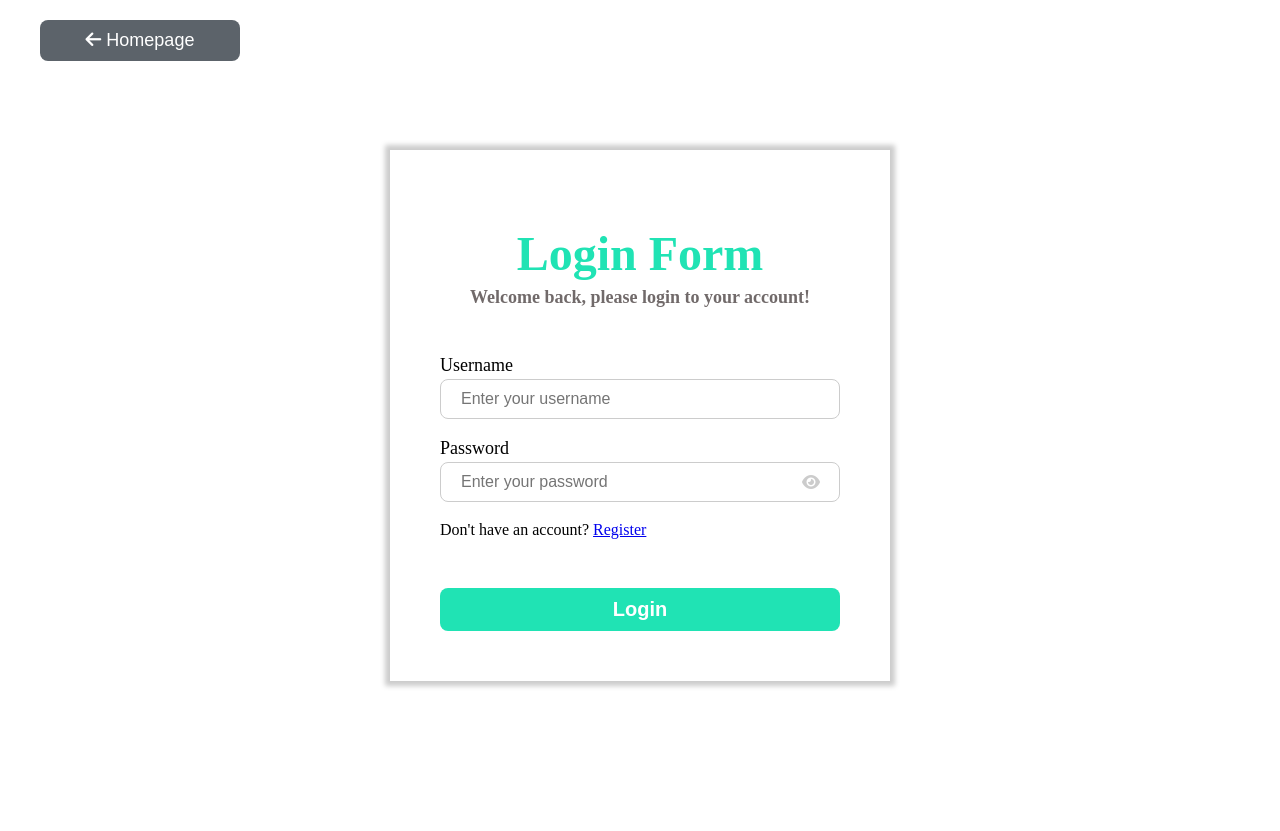
Repository: Trung0810/btl_cnpm_fe
Page: /
An editor plug-in stored every save of this project. The page is shown before and after the next save, followed by the edit.
The browser window is 1280 px wide. The pictures show the whole page.
The first visible `input` has the focus.
The project was rebuilt for these pictures with package versions that can differ from the ones it lists, and the page was loaded fresh each time. Also part of the build but not shown: src/components/header/header.css, src/components/header/Header.js, src/components/footer/Footer.css, src/components/footer/Footer.js, src/components/shoes_list/ShoesCard.css, src/components/shoes_list/ShoesCard.js, src/components/shoes_list/ShoesList.css, src/components/shoes_list/ShoesList.js and 14 more.

Above is the page before, as saved 2026-03-31 10:24:33.

### public/index.html
<!doctype html>
<html lang="en">
  <head>
    <meta charset="utf-8" />
    <link rel="icon" href="%PUBLIC_URL%/favicon.ico" />
    <meta name="viewport" content="width=device-width, initial-scale=1" />
    <meta name="theme-color" content="#000000" />
    <meta
      name="description"
      content="Web site created using create-react-app"
    />
    <link rel="apple-touch-icon" href="%PUBLIC_URL%/logo192.png" />
    <!--
      manifest.json provides metadata used when your web app is installed on a
      user's mobile device or desktop. See https://developers.google.com/web/fundamentals/web-app-manifest/
    -->
    <link rel="manifest" href="%PUBLIC_URL%/manifest.json" />
    <!--
      Notice the use of %PUBLIC_URL% in the tags above.
      It will be replaced with the URL of the `public` folder during the build.
      Only files inside the `public` folder can be referenced from the HTML.

      Unlike "/favicon.ico" or "favicon.ico", "%PUBLIC_URL%/favicon.ico" will
      work correctly both with client-side routing and a non-root public URL.
      Learn how to configure a non-root public URL by running `npm run build`.
    -->
    <link rel="preconnect" href="https://fonts.googleapis.com" />
    <link rel="preconnect" href="https://fonts.gstatic.com" crossorigin />
    <link
      href="https://fonts.googleapis.com/css2?family=DM+Sans:ital,opsz,wght@0,9..40,100..1000;1,9..40,100..1000&family=Oswald:wght@200..700&display=swap"
      rel="stylesheet"
    />
    <title>React App</title>
  </head>
  <body>
    <noscript>You need to enable JavaScript to run this app.</noscript>
    <div id="root"></div>
    <!--
      This HTML file is a template.
      If you open it directly in the browser, you will see an empty page.

      You can add webfonts, meta tags, or analytics to this file.
      The build step will place the bundled scripts into the <body> tag.

      To begin the development, run `npm start` or `yarn start`.
      To create a production bundle, use `npm run build` or `yarn build`.
    -->
  </body>
</html>

### src/index.js
import React from "react";
import ReactDOM from "react-dom/client";
import App from "./App";
import reportWebVitals from "./reportWebVitals";
import "./index.css";
import "./reset.css";
import "@fortawesome/fontawesome-free/css/all.min.css";

const root = ReactDOM.createRoot(document.getElementById("root"));
root.render(
  <React.StrictMode>
    <App />
  </React.StrictMode>,
);

// If you want to start measuring performance in your app, pass a function
// to log results (for example: reportWebVitals(console.log))
// or send to an analytics endpoint. Learn more: https://bit.ly/CRA-vitals
reportWebVitals();

### src/App.js
import { Fragment } from "react";
import Header from "./components/header/Header";
import Footer from "./components/footer/Footer";
import HomePage from "./components/home_page/HomePage";
import ShoesPage from "./components/shoes_page/ShoesPage";
import LoginForm from "./components/login_form/LoginForm";
import "./App.css";
import LoginPage from "./components/login_page/LoginPage";

function App() {
  return (
    <Fragment>
      {/* <Header></Header>
      <HomePage></HomePage>
      <ShoesPage></ShoesPage>
      <Footer></Footer> */}
      <LoginPage></LoginPage>
    </Fragment>
  );
}

export default App;

### src/index.css
body {
  margin: 0;
  font-family:
    -apple-system, BlinkMacSystemFont, "Segoe UI", "Roboto", "Oxygen", "Ubuntu",
    "Cantarell", "Fira Sans", "Droid Sans", "Helvetica Neue", sans-serif;
  -webkit-font-smoothing: antialiased;
  -moz-osx-font-smoothing: grayscale;
  font-family: "DM Sans", sans-serif;
}
body::-webkit-scrollbar {
  display: none;
}
code {
  font-family:
    source-code-pro, Menlo, Monaco, Consolas, "Courier New", monospace;
}
* {
  box-sizing: border-box;
}

### src/components/login_form/LoginForm.js
import React from "react";
import { useForm } from "react-hook-form";
import { yupResolver } from "@hookform/resolvers/yup";
import * as yup from "yup";
import "./LoginForm.css";

const LoginForm = () => {
  const schema = yup.object({
    username: yup
      .string()
      .required("Please enter your username!")
      .min(8, "Must be at least 8 characters!")
      .max(16, "Must be at most 16 characters!"),
    password: yup.string().required("Please enter your password!"),
  });

  const {
    register,
    handleSubmit,
    formState: { errors, isValid },
  } = useForm({
    mode: "onChange",
    resolver: yupResolver(schema),
  });

  const submit = (values) => {
    console.log(values);
  };

  return (
    <form className="login-form" onSubmit={handleSubmit(submit)}>
      <h2 className="login-form-title">Login Form</h2>
      <h3 className="login-form-desc">
        Welcome back, please login to your account!
      </h3>
      <div className="login-form-wrapper">
        <label htmlFor="username">Username</label>
        <input
          type="text"
          id="username"
          placeholder="Enter your username"
          {...register("username")}
        />
        {errors.username && (
          <div className="login-form-error">{errors.username.message}</div>
        )}
      </div>
      <div className="login-form-wrapper">
        <label htmlFor="password">Password</label>
        <input
          type="password"
          id="password"
          placeholder="Enter your password"
          {...register("password")}
        />
        <i className="fa fa-eye"></i>
        {/* <i className="fa fa-eye-slash"></i> */}
        {errors.password && (
          <div className="login-form-error">{errors.password.message}</div>
        )}
      </div>
      <div className="login-form-option">
        <p>
          Don't have an account? <a href="#">Register</a>
        </p>
      </div>
      <button
        type="submit"
        className="login-form-button"
        style={{ pointerEvents: isValid ? "" : "none" }}
      >
        Login
      </button>
    </form>
  );
};

export default LoginForm;

### src/App.css
input {
  display: block;
  font-size: 16px;
  font-weight: 500;
  padding: 10px 20px;
  border: 1px solid #ccc;
  border-radius: 8px;
  outline: none;
}
button {
  display: block;
  width: 200px;
  padding: 10px 30px;
  font-size: 18px;
  font-weight: 500;
  border-radius: 8px;
  border: none;
  outline: none;
  cursor: pointer;
}

### src/components/login_page/LoginPage.js
import React, { Fragment } from "react";
import LoginForm from "../login_form/LoginForm";

const LoginPage = () => {
  return (
    <Fragment>
      <button
        style={{
          backgroundColor: "#5C636A",
          color: "#fff",
          position: "absolute",
          top: "20px",
          left: "40px",
        }}
      >
        <i className="fa fa-arrow-left"></i> Homepage
      </button>
      <LoginForm></LoginForm>
    </Fragment>
  );
};

export default LoginPage;

### src/components/login_form/LoginForm.css
.login-form {
  width: 500px;
  padding: 80px 50px 50px;
  margin: 150px auto;
  box-shadow: 0 0 5px 5px #ccc;
  user-select: none;
}
.login-form-title {
  font-size: 48px;
  font-weight: bold;
  color: #20e3b4;
  text-align: center;
  margin-bottom: 10px;
}
.login-form-desc {
  font-size: 18px;
  font-weight: bold;
  color: #716a6a;
  text-align: center;
  margin-bottom: 50px;
}
.login-form-wrapper {
  display: flex;
  flex-direction: column;
  row-gap: 5px;
  margin-bottom: 20px;
  position: relative;
}
.login-form-wrapper label {
  font-size: 18px;
  font-weight: 500;
}
.login-form-wrapper input {
  width: 100%;
}
.login-form-wrapper i {
  position: absolute;
  top: 35px;
  right: 20px;
  color: #ccc;
  cursor: pointer;
}
.login-form-error {
  font-weight: 500;
  color: #de4242;
}
.login-form-option {
  font-size: 16px;
}
.login-form-button {
  width: 100%;
  background-color: #20e3b4;
  font-size: 20px;
  font-weight: bold;
  color: #fff;
  margin-top: 50px;
}

Loaded but not shown: src/reportWebVitals.js (common file); src/reset.css (common file); public/manifest.json (common file)

After the next save:
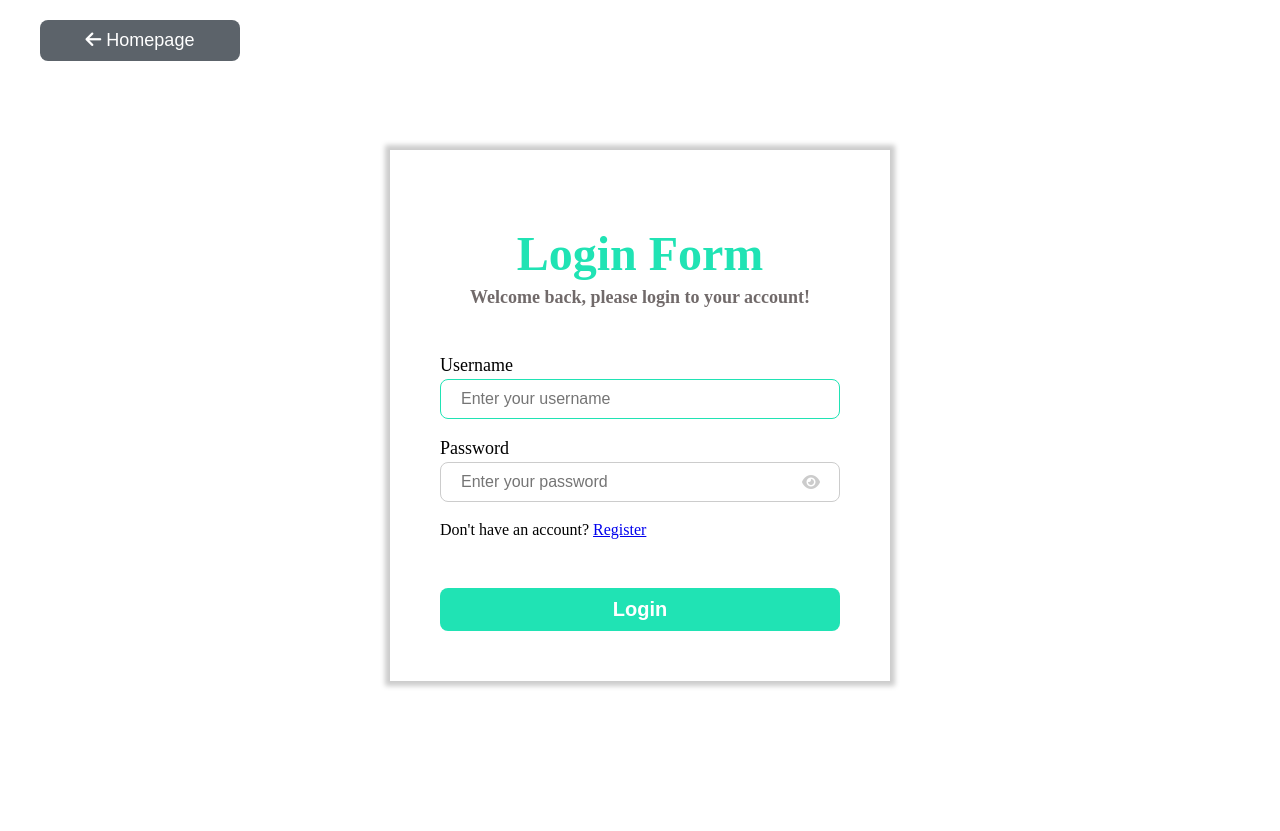
Saved 46 s later.
--- a/src/App.css
+++ b/src/App.css
@@ -6,6 +6,9 @@ input {
   border: 1px solid #ccc;
   border-radius: 8px;
   outline: none;
+}
+input:focus {
+  border-color: #20e3b4;
 }
 button {
   display: block;
